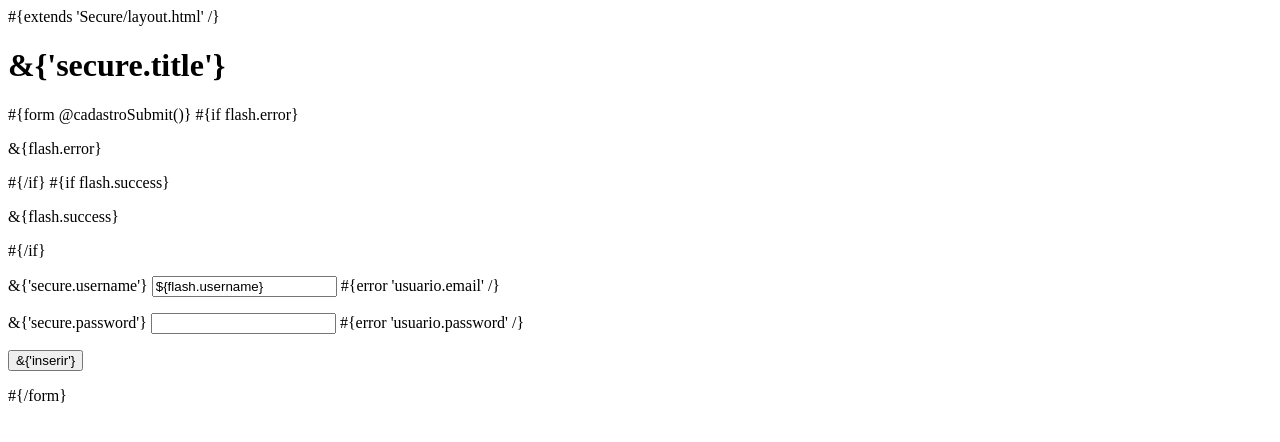
Repository: danilofonte/playframework-tutorial
Page: controleAcesso/app/views/Application/cadastro.html
These files come from the project's save history. The page is drawn as it stood at one moment and after the next save; the edit follows.
The browser window is 1280 px wide. The pictures show the whole page.

Above is the page before, as saved 2014-02-05 12:02:32.

After the next save:
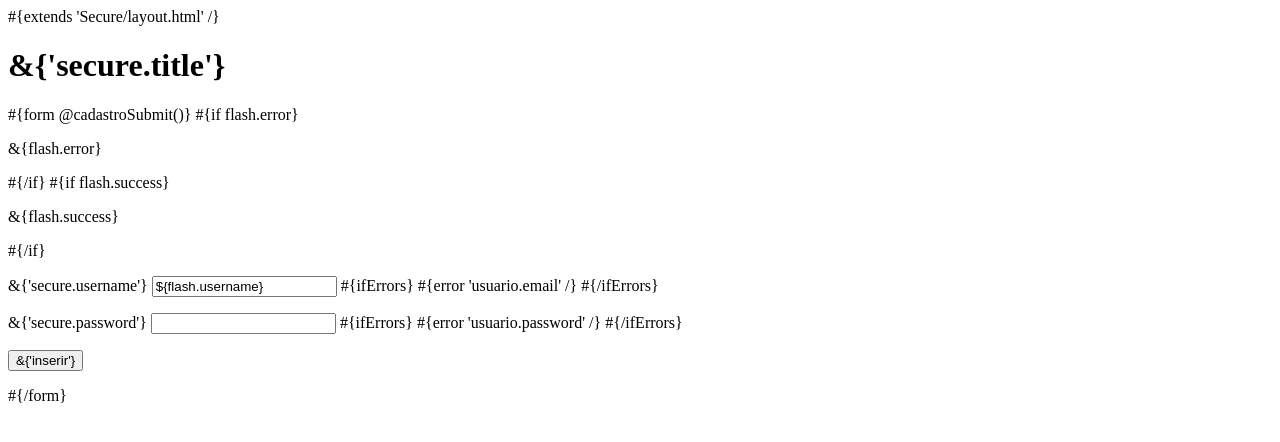
Saved 107 s later.
--- a/controleAcesso/app/views/Application/cadastro.html
+++ b/controleAcesso/app/views/Application/cadastro.html
@@ -20,12 +20,16 @@
 		<p id="username-field">
 			<label for="email">&{'secure.username'}</label>
 			<input type="text" name="usuario.email" id="email" value="${flash.username}" />
-			<span class="error">#{error 'usuario.email' /}</span>
+			#{ifErrors}
+				<span class="error">#{error 'usuario.email' /}</span>
+			#{/ifErrors}
 		</p>
 		<p id="password-field">
 			<label for="password">&{'secure.password'}</label>
 			<input type="password" name="usuario.password" id="password" value="" />
-			<span class="error">#{error 'usuario.password' /}</span>
+			#{ifErrors}
+				<span class="error">#{error 'usuario.password' /}</span>
+			#{/ifErrors}
 		</p>
 		<p id="signin-field">
 			<input type="submit" id="signin" value="&{'inserir'}" />
